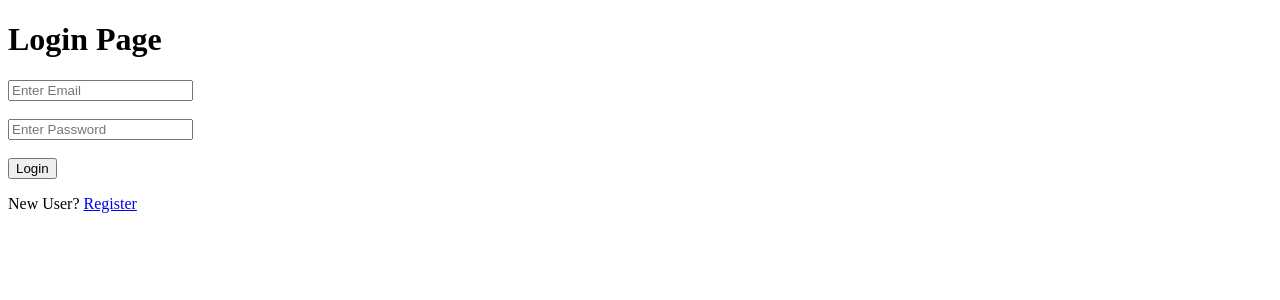
Repository: DeepikaBotla77/Ecommerce
Page: /
The author's editor kept a copy of each file at every save. The page is drawn from the files as they stood at one save, then again after a run of saves.
The browser window is 1280 px wide. The pictures show the whole page.
The project was rebuilt for these pictures with package versions that can differ from the ones it lists, and the page was loaded fresh each time. Also part of the build but not shown: vite.config.js, src/component/Navbar/Home.jsx, src/component/Navbar/Register.jsx.

Above is the page before, as saved 2026-06-29 15:33:05.

### index.html
<!doctype html>
<html lang="en">
  <head>
    <meta charset="UTF-8" />
    <link rel="icon" type="image/svg+xml" href="/favicon.svg" />
    <meta name="viewport" content="width=device-width, initial-scale=1.0" />
    <title>eww</title>
  </head>
  <body>
    <div id="root"></div>
    <script type="module" src="/src/main.jsx"></script>
  </body>
</html>

### src/main.jsx
import React from "react";
import ReactDOM from "react-dom/client";
import { BrowserRouter } from "react-router-dom"; // <-- Import cheyyali
import App from "./App";

ReactDOM.createRoot(document.getElementById("root")).render(
  <BrowserRouter>
    <App />
  </BrowserRouter>
);

### src/App.jsx
import React from 'react'
import Login from './component/Navbar/Login'
import Home from './component/Navbar/Home'
import Register from './component/Navbar/Register'
import {Routes,Route } from 'react-router-dom'
function App() {
  return (
    <Routes>
          <Route path="/" element={<Login />} />
          <Route path="/home" element={<Home />} />
          <Route path="/register" element={<Register />} />

    </Routes>
  )
}


export default App

### src/component/Navbar/Login.jsx
import { Link, useNavigate } from "react-router-dom";

function Login() {

  const navigate = useNavigate();

  function login() {
    navigate("/home");
  }

  return (
    <div>
      <h1>Login Page</h1>

      <input type="email" placeholder="Enter Email" />
      <br /><br />

      <input type="password" placeholder="Enter Password" />
      <br /><br />

      <button onClick={login}>Login</button>

      <p>
        New User? <Link to="/register">Register</Link>
      </p>

    </div>
  );
}

export default Login;

### src/App.css
*{
    margin:0;
    padding:0;
    box-sizing:border-box;
    font-family:Arial, Helvetica, sans-serif;
}

body{
    background:#f5f5f5;
}

/* Login & Register */

.container{
    height:100vh;
    display:flex;
    justify-content:center;
    align-items:center;
}

.box{
    width:350px;
    background:white;
    padding:25px;
    border-radius:10px;
    box-shadow:0 0 10px rgba(0,0,0,0.2);
}

.box h1{
    text-align:center;
    margin-bottom:20px;
    color:#333;
}

.box input{
    width:100%;
    padding:10px;
    margin:10px 0;
    border:1px solid #ccc;
    border-radius:5px;
    outline:none;
}

.box button{
    width:100%;
    padding:10px;
    margin-top:10px;
    background:#007bff;
    color:white;
    border:none;
    border-radius:5px;
    cursor:pointer;
}

.box button:hover{
    background:#0056b3;
}

.box p{
    margin-top:15px;
    text-align:center;
}

.box a{
    color:blue;
    text-decoration:none;
}

/* Navbar */

.navbar{
    background:#007bff;
    color:white;
    display:flex;
    justify-content:space-between;
    align-items:center;
    padding:15px 40px;
}

.navbar a{
    color:white;
    text-decoration:none;
    margin-left:20px;
}

/* Home */

.home{
    text-align:center;
    margin-top:100px;
}

.home h1{
    font-size:40px;
    margin-bottom:20px;
}

.home p{
    font-size:20px;
    color:#555;
}

After the next 3 saves:
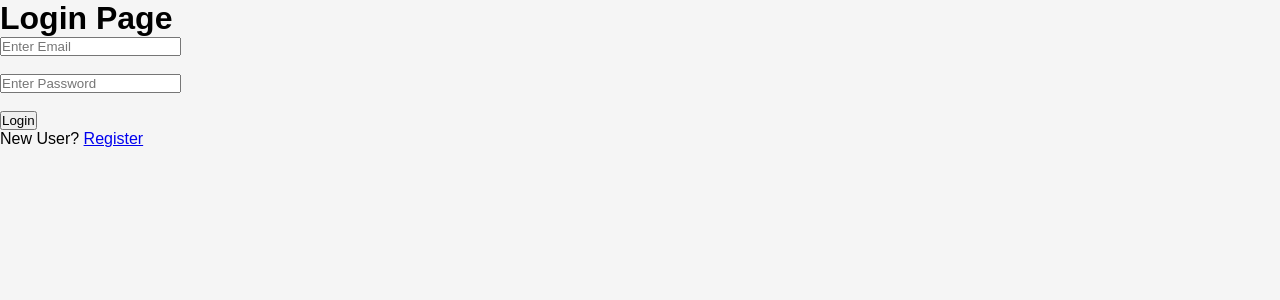
The 3 saves are shown as one change because 1 did not build or start and some came seconds apart.
The last was saved 101 s later.
--- a/src/App.jsx
+++ b/src/App.jsx
@@ -3,6 +3,7 @@ import Login from './component/Navbar/Login'
 import Home from './component/Navbar/Home'
 import Register from './component/Navbar/Register'
 import {Routes,Route } from 'react-router-dom'
+import './App.css'
 function App() {
   return (
     <Routes>
